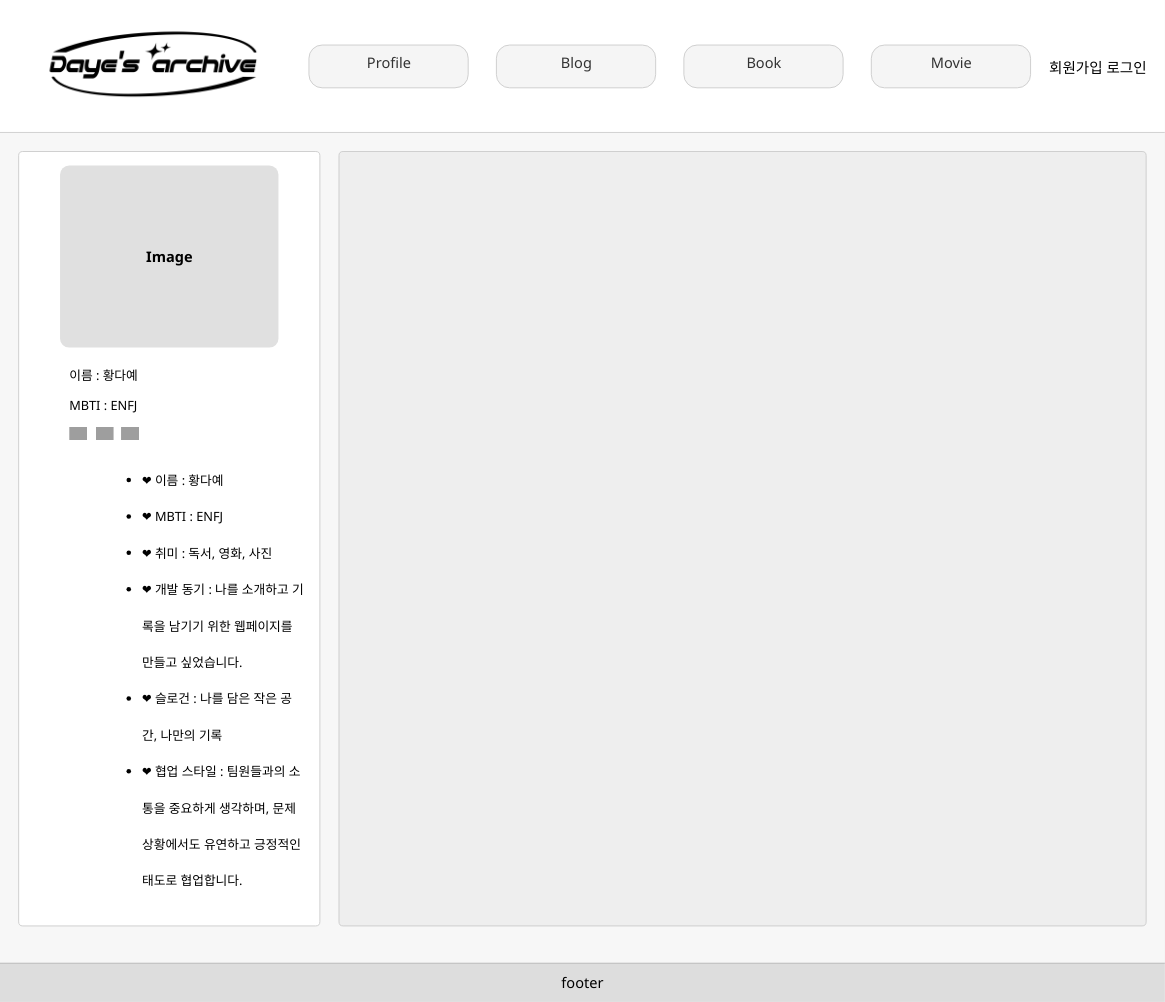
Repository: HWANG-DAYE/spring_project
Page: http://localhost/daye_archive/WEB-INF/views/main.jsp
An editor plug-in stored every save of this project. The page is shown before and after the next save, followed by the edit.
The browser window is 1280 px wide. The pictures show the whole page, at 91% of full size.
Pictures or frames that could not be fetched are drawn as grey boxes. The page is served by Tomcat 9. Nobody is signed in. The template is opened directly, without the code that normally fills it, so the values that code supplies are empty.

Above is the page before, as saved 2025-08-06 06:44:36.

After the next save:
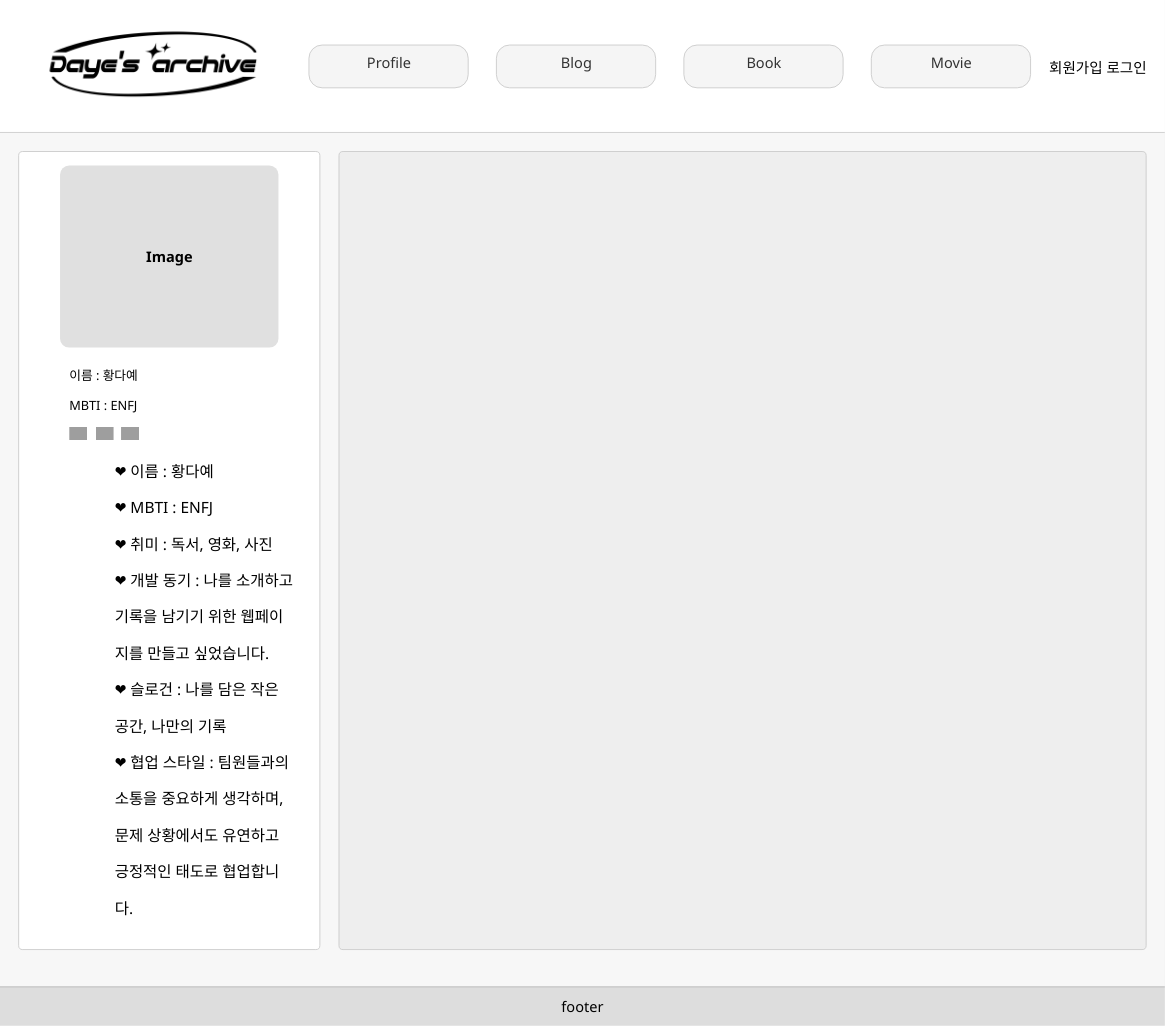
Saved 11 s later.
--- a/daye_archive/src/main/webapp/WEB-INF/views/main.jsp
+++ b/daye_archive/src/main/webapp/WEB-INF/views/main.jsp
@@ -67,13 +67,12 @@ header {
 	margin-right: 5px;
 }
 .profile ul {
-	text-align: left;
-	font-size: 14px;
-	margin-top: 20px;
-	margin-left: 40px;
+  list-style: none;
+  margin: 10px;
 }
 
 .profile li {
+  font-size: 17px;
   line-height: 40px;
 }
 
